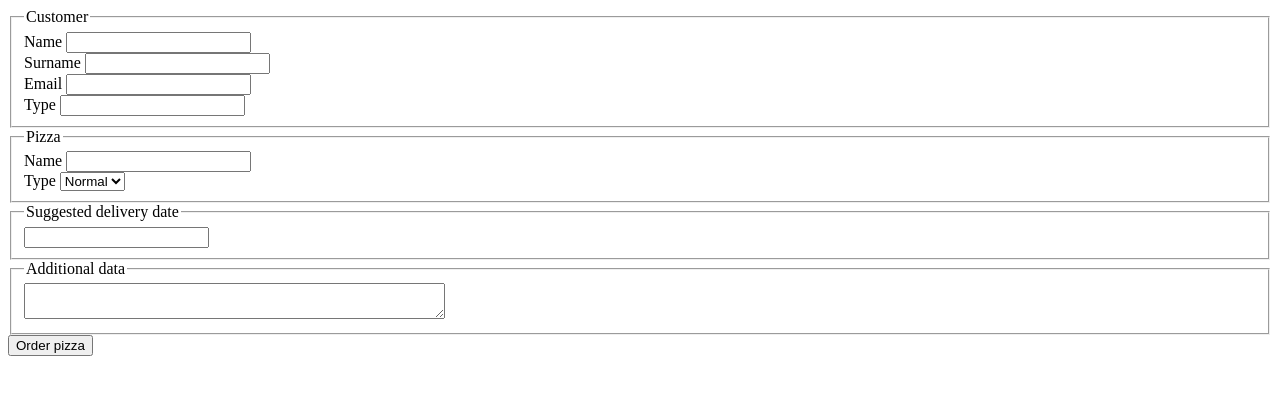
Repository: lukas77pro/html_css_js
Page: html/Test/WebContent/Formularz.html
These files come from the project's save history. The page is drawn as it stood at one moment and after the next save; the edit follows.
The browser window is 1280 px wide. The pictures show the whole page.

Above is the page before, as saved 2015-07-10 11:43:46.

### html/Test/WebContent/Formularz.html
<!DOCTYPE html>
<html>
<head>
<meta charset="UTF-8">
<title>Insert title here</title>
</head>

<body>


	<fieldset>
		<legend>Customer</legend>
		<div>
			<label for="inputName">Name</label> <input type="text"
				name="inputName">
		</div>
		<div>
			<label for="inputSurname">Surname</label> <input type="text"
				name="inputSurname">
		</div>
		<div>
			<label for="inputEmail">Email</label> <input type="text"
				name="inputEmail">
		</div>
		<div>
			<label for="radio1">Type</label> <input type="radio1" name="radio"
				checked>
		</div>
	</fieldset>

	<fieldset>
		<legend>Pizza</legend>
		<div>
			<label for="inputName">Name</label> <input type="text"
				name="inputName">
		</div>
		<label for="inputName">Type</label> <select name="select">
			<option value="Small">Small</option>
			<option value="Normal" selected>Normal</option>
			<option value="Big">Big</option>
		</select>
	</fieldset>

	<fieldset>
		<legend>Suggested delivery date</legend>
		<input type="text" name="Date">
	</fieldset>

	<fieldset>
		<legend>Additional data</legend>
		<textarea name="textarea" rows="2" cols="50"></textarea>
	</fieldset>
	<button name="button">Order pizza</button>
</body>
</html>

After the next save:
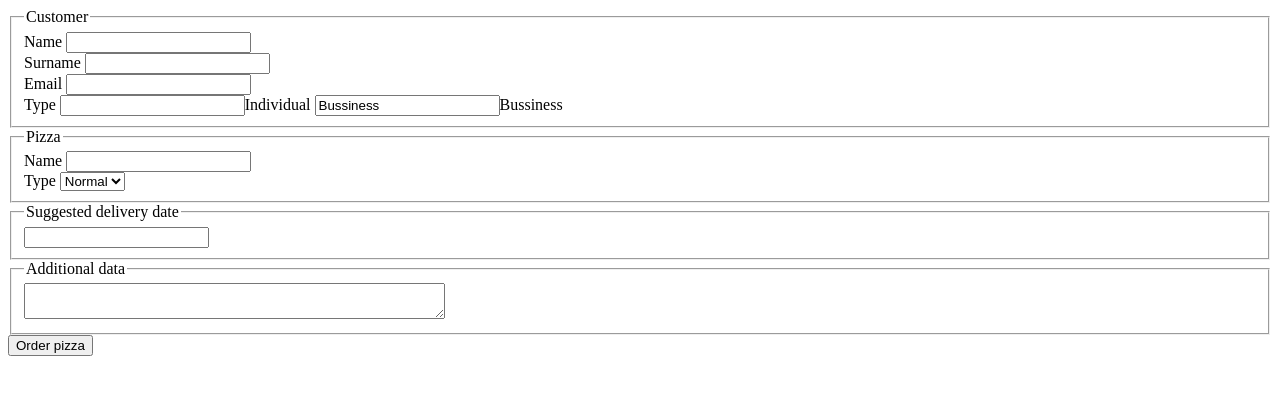
Saved 17 s later.
--- a/html/Test/WebContent/Formularz.html
+++ b/html/Test/WebContent/Formularz.html
@@ -24,7 +24,8 @@
 		</div>
 		<div>
 			<label for="radio1">Type</label> <input type="radio1" name="radio"
-				checked>
+				checked><label for="radio1">Individual</label> <input type="radio2" name="radio"
+				value="Bussiness"><label for="radio2">Bussiness</label>
 		</div>
 	</fieldset>
 
